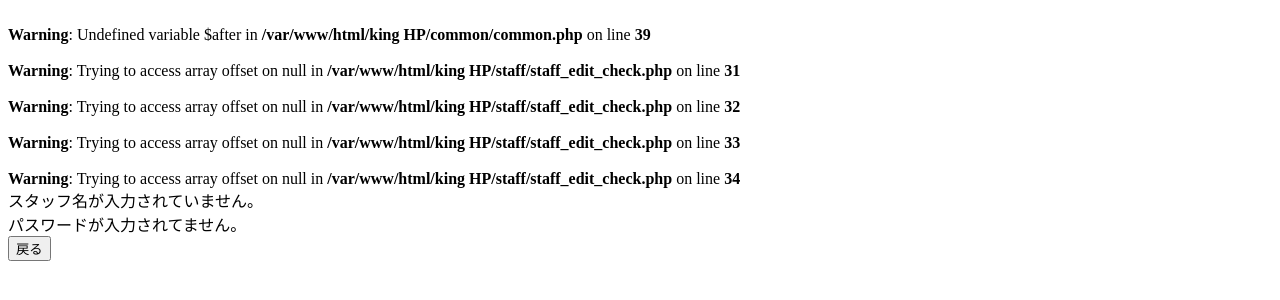
Repository: hayashikazuki/quroud9
Page: http://localhost/king HP/staff/staff_edit_check.php
The author's editor kept a record of every edit. The page is drawn from the files as they stood at one moment, then again after the next edit.
The browser window is 1280 px wide. The pictures show the whole page.
The page is run by PHP 8.4 with error messages shown; the project is at /var/www/html/.

Above is the page before.

### king HP/staff/staff_edit_check.php
<?php
// session_start();
// session_regenerate_id(true);
// if(isset($_SESSION['login'])==false)
// {
//     print'ログインできません。<br />';
//     print'<a href="../staff_login/staff_login.html">ログイン画面へ</a>';
//     exit();
// }
// else
// {
//     print $_SESSION['staff_name'];
//     print'さんログイン中<br />';
//     print'<br />';
// }
?>
<!DOCTYPE html>
<html lang="ja">
    <head>
        <meta charset="UTF-8">
        <title>CONTACT管理ページ</title>
    </head>

    <body>
    <?php


    require_once('../common/common.php');

    $post = sanitize($_POST);
    $staff_code= $post['code'];
    $staff_name = $post['name'];
    $staff_pass = $post['pass'];
    $staff_pass2 = $post['pass2'];

    if($staff_name == '')
    {
        print 'スタッフ名が入力されていません。<br />';
    }
    else
    {
        print 'スタッフ名:';
        print $staff_name;
        print '<br />';
    }

    if($staff_pass == '')
    {
        print 'パスワードが入力されてません。<br />';
    }

    if($staff_pass != $staff_pass2)
    {
        print 'パスワードが一致しません。<br />';
    }

    if($staff_name == '' || $staff_pass = '' || $staff_pass != $staff_pass2)
    {
        print '<form>';
        print '<input type="button" onclick="history.back()" value="戻る">';
        print '</form>';
    }
    else
    {
        $staff_pass = md5($staff_pass);
        print '<form method="post" action="staff_edit_done.php">';
        print '<input type="hidden" name="code" value="'.$staff_code.'">';
        print '<input type="hidden" name="name" value="'.$staff_name.'">';
        print '<input type="hidden" name="pass" value="'.$staff_pass.'">';
        print '<br />';
        print '<input type="button" onclick="history.back()" value="戻る">';
        print '<input type="submit" value="OK">';
        print '</form>';
    }

    ?>
    </body>
</html>

### king HP/common/common.php
<?php
function gengo($seireki)
    {
        if(1868 <= $seireki && $seireki <= 1911)
        {
            $gengo='明治';
        }

        if(1912 <= $seireki && $seireki <= 1925)
        {
            $gengo='大正';
        }

        if(1926 <= $seireki && $seireki <= 1988)
        {
            $gengo='昭和';
        }

        if(1989 <= $seireki && $seireki <= 2019)
        {
            $gengo='平成';
        }

        if($seireki == 2020)
        {
            $gengo='令和';
        }

        return($gengo);
    }

    function sanitize($before)
    {
        foreach($before as $key => $value)
        {
            $after[$key] = htmlspecialchars($value,ENT_QUOTES,'UTF-8');
        }

        return $after;
    }

    function pulldown_year()
    {
        print'<select name="year">';
        print'<option value="2020">2017</option>';
        print'<option value="2021">2018</option>';
        print'<option value="2022">2019</option>';
        print'<option value="2023">2020</option>';
        print'</select>';
    }

    function pulldown_month()
    {
        print'<select name="month">';
        print'<option value="01">01</option>';
        print'<option value="02">02</option>';
        print'<option value="03">03</option>';
        print'<option value="04">04</option>';
        print'<option value="05">05</option>';
        print'<option value="06">06</option>';
        print'<option value="07">07</option>';
        print'<option value="08">08</option>';
        print'<option value="09">09</option>';
        print'<option value="10">10</option>';
        print'<option value="11">11</option>';
        print'<option value="12">12</option>';
        print'</select>';
    }

    function pulldown_day()
    {
        print'<select name="day">';
        print'<option value="01">01</option>';
        print'<option value="02">02</option>';
        print'<option value="03">03</option>';
        print'<option value="04">04</option>';
        print'<option value="05">05</option>';
        print'<option value="06">06</option>';
        print'<option value="07">07</option>';
        print'<option value="08">08</option>';
        print'<option value="09">09</option>';
        print'<option value="10">10</option>';
        print'<option value="11">11</option>';
        print'<option value="12">12</option>';
        print'<option value="13">13</option>';
        print'<option value="14">14</option>';
        print'<option value="15">15</option>';
        print'<option value="16">16</option>';
        print'<option value="17">17</option>';
        print'<option value="18">18</option>';
        print'<option value="19">19</option>';
        print'<option value="20">20</option>';
        print'<option value="21">21</option>';
        print'<option value="22">22</option>';
        print'<option value="23">23</option>';
        print'<option value="24">24</option>';
        print'<option value="25">25</option>';
        print'<option value="26">26</option>';
        print'<option value="27">27</option>';
        print'<option value="28">28</option>';
        print'<option value="29">29</option>';
        print'<option value="30">30</option>';
        print'<option value="31">31</option>';
        print'</select>';
    }

?>

After the next edit:
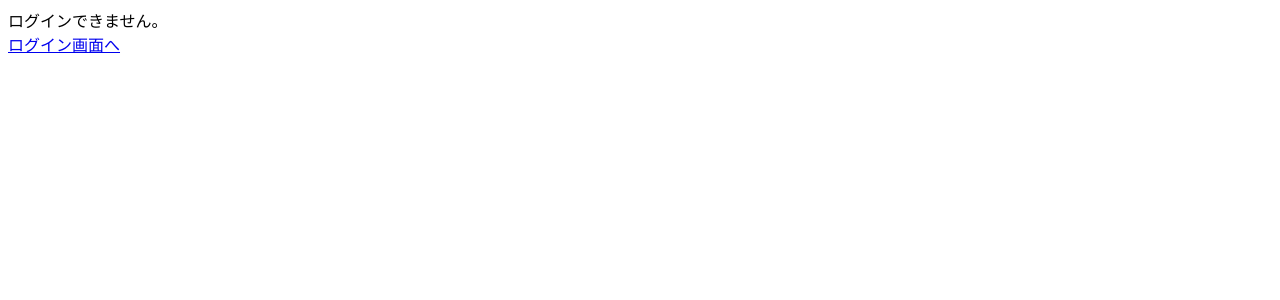
The edit:
--- a/king HP/staff/staff_edit_check.php
+++ b/king HP/staff/staff_edit_check.php
@@ -1,18 +1,18 @@
 <?php
-// session_start();
-// session_regenerate_id(true);
-// if(isset($_SESSION['login'])==false)
-// {
-//     print'ログインできません。<br />';
-//     print'<a href="../staff_login/staff_login.html">ログイン画面へ</a>';
-//     exit();
-// }
-// else
-// {
-//     print $_SESSION['staff_name'];
-//     print'さんログイン中<br />';
-//     print'<br />';
-// }
+session_start();
+session_regenerate_id(true);
+if(isset($_SESSION['login'])==false)
+{
+    print'ログインできません。<br />';
+    print'<a href="../staff_login/staff_login.html">ログイン画面へ</a>';
+    exit();
+}
+else
+{
+    print $_SESSION['staff_name'];
+    print'さんログイン中<br />';
+    print'<br />';
+}
 ?>
 <!DOCTYPE html>
 <html lang="ja">
